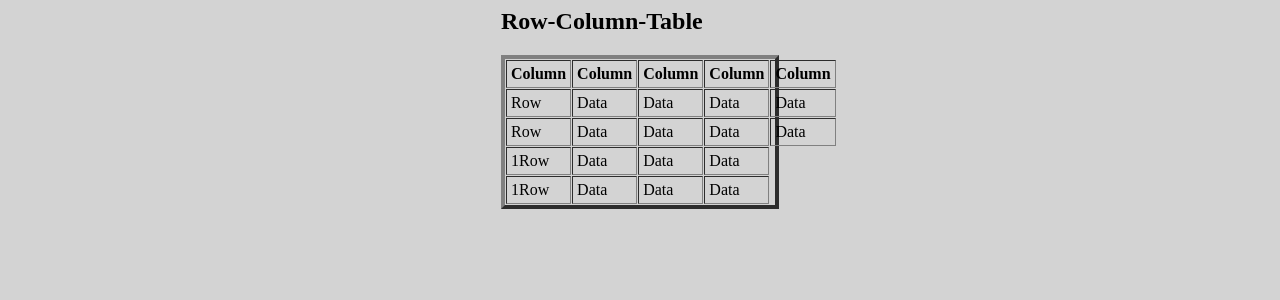
Repository: AdityaTech-Pro/FullStackWithBridgelabz
Page: Assignment2/table/index.html
The author's editor kept a copy of each file at every save. The page is drawn from the files as they stood at one save, then again after a run of saves.
The browser window is 1280 px wide. The pictures show the whole page.

Above is the page before, as saved 2025-10-15 08:47:32.

After the next 2 saves:
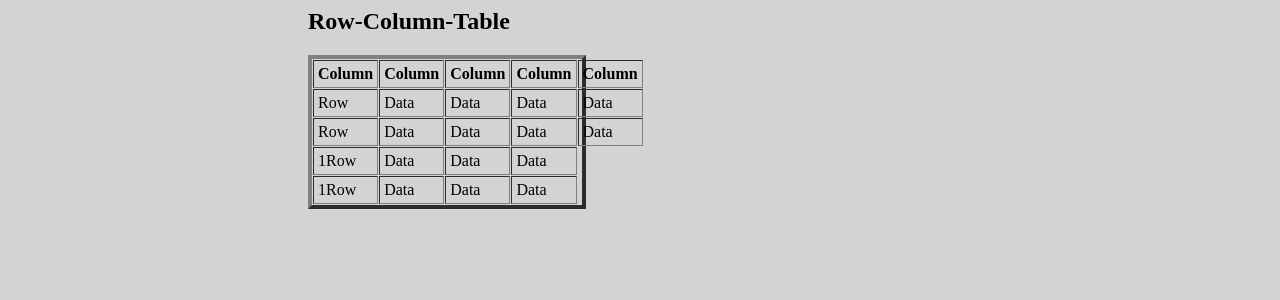
The 2 saves are shown as one change because they came seconds apart.
The last was saved 67 s later.
--- a/Assignment2/table/index.html
+++ b/Assignment2/table/index.html
@@ -12,7 +12,7 @@
 
         .center {
             display: block;
-            margin-left: auto;
+            margin-left: 300;
             margin-right: auto;
             width: 22%;
         }
